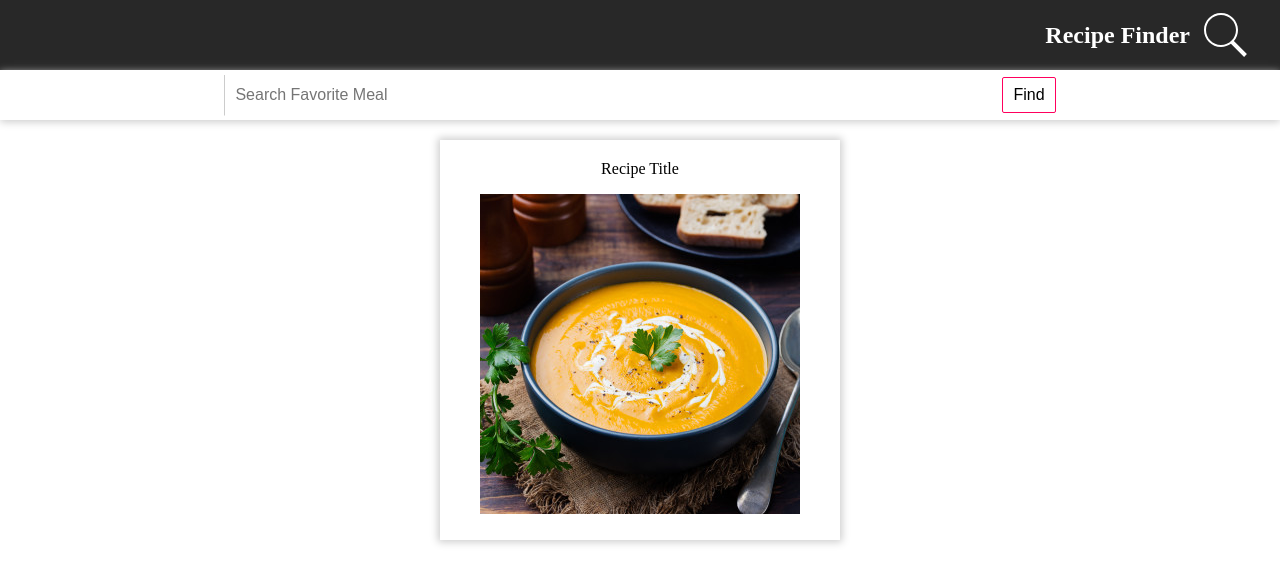
Repository: burntaftermint/recipes
Page: index.html
An editor plug-in stored every save of this project. The page is shown before and after the next save, followed by the edit.
The browser window is 1280 px wide. The pictures show the whole page.
The page's requests for data from a server got no answer.

Above is the page before, as saved 2023-11-07 00:04:43.

After the next save:
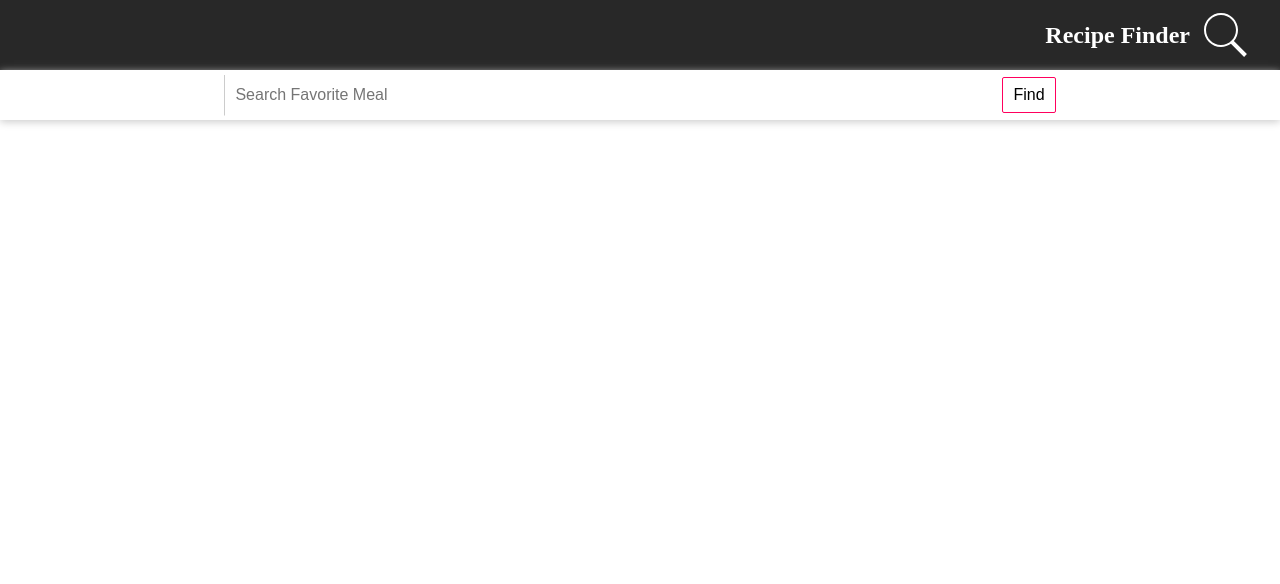
Saved 11 min 49 s later.
--- a/index.html
+++ b/index.html
@@ -18,23 +18,7 @@
             <button class="btn">Find</button>
         </div>
         <div id="recipe-container">
-            <div class="recipe">
-                <div class="recipe-title">Recipe Title</div>
-                <div class="recipe-imge">
-                    <img src="images/recipe.jpeg" alt="Recipe">
-                </div>
 
-
-        <div class="recipe-text">
-            <ul>
-                <li>Step 1</li>
-                <li>Step 2</li>
-                <li>Step 3</li>
-                <li>Step 4</li>
-                <li>Step 5</li>
-            </ul>
-        </div>
-    </div>
 </div>
     </section>
 </body>
